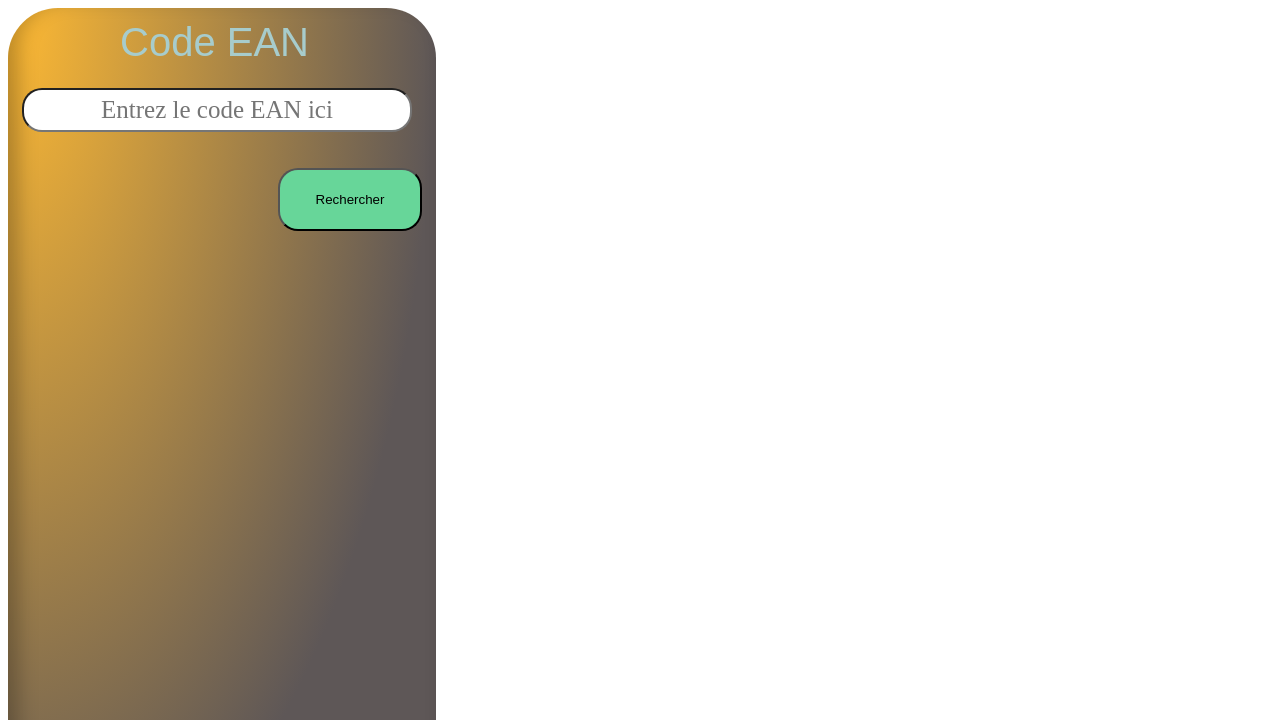
Repository: Zouz01/exo-toucan
Page: index.html
These files come from the project's save history. The page is drawn as it stood at one moment and after the next save; the edit follows.
The browser window is 1280 px wide. The pictures show the whole page.

Above is the page before, as saved 2023-09-21 12:26:56.

After the next save:
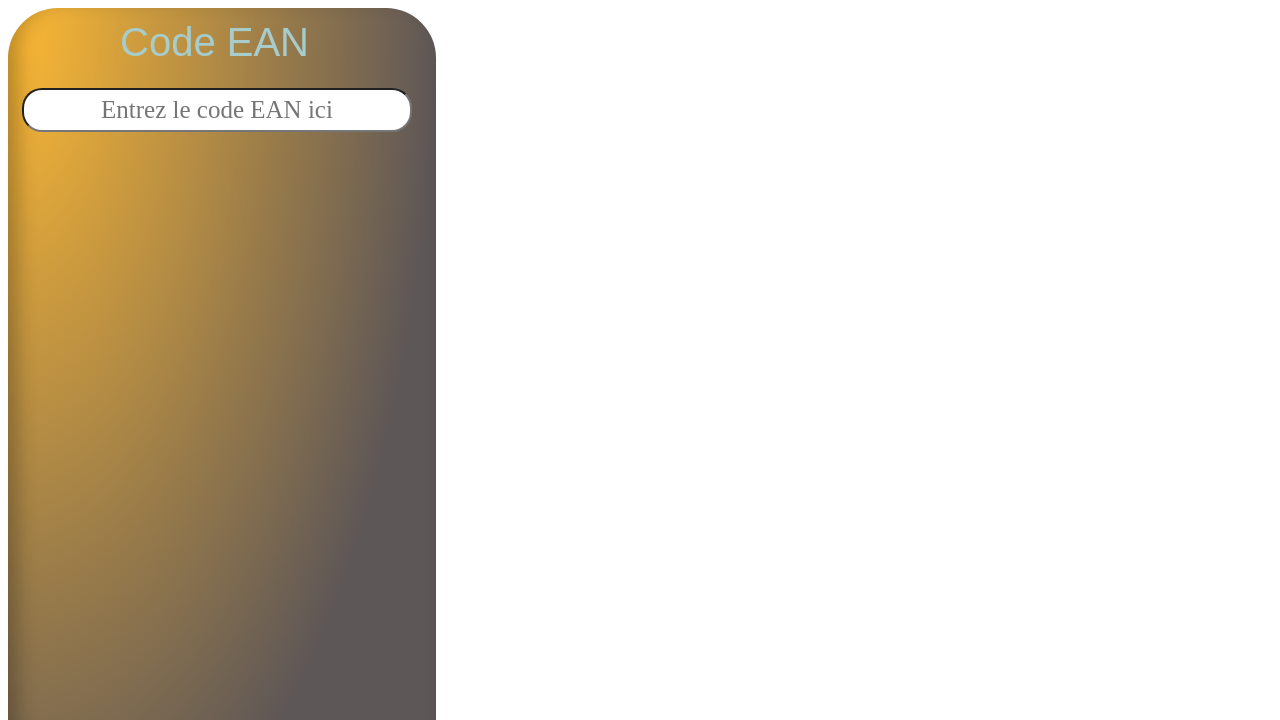
Saved 11 s later.
--- a/main.css
+++ b/main.css
@@ -81,9 +81,9 @@ button[type="submit"] {
     width: 144px;
     height: 63px;
   background-color: #67d699;
-    top: 160px;
+    bottom: 10px;
     border-radius: 20px;
-    right: 14px;
+    right: 345px;
 
 
 
